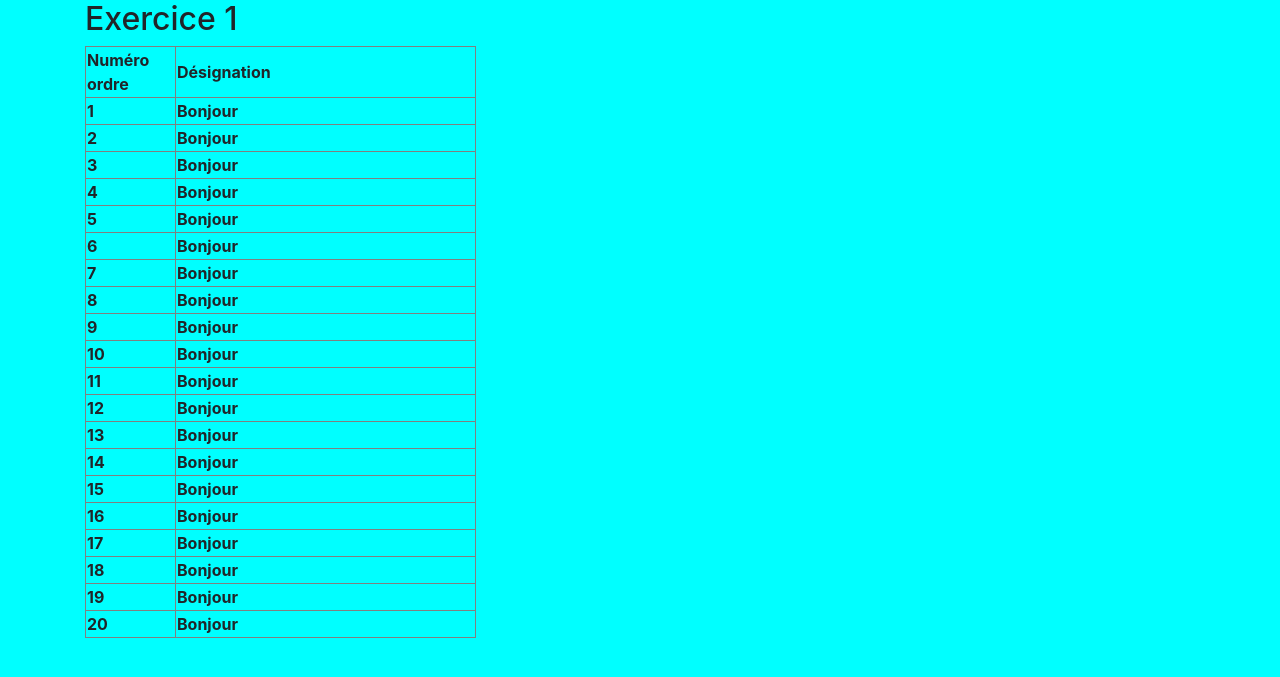
Repository: teddyruppin/GitFormateur
Page: http://localhost/JSP01/web/exercice1.jsp
An editor plug-in stored every save of this project. The page is shown before and after the next save, followed by the edit.
The browser window is 1280 px wide. The pictures show the whole page.
The page is served by Tomcat 9.

Above is the page before, as saved 2020-01-03 15:09:05.

After the next save:
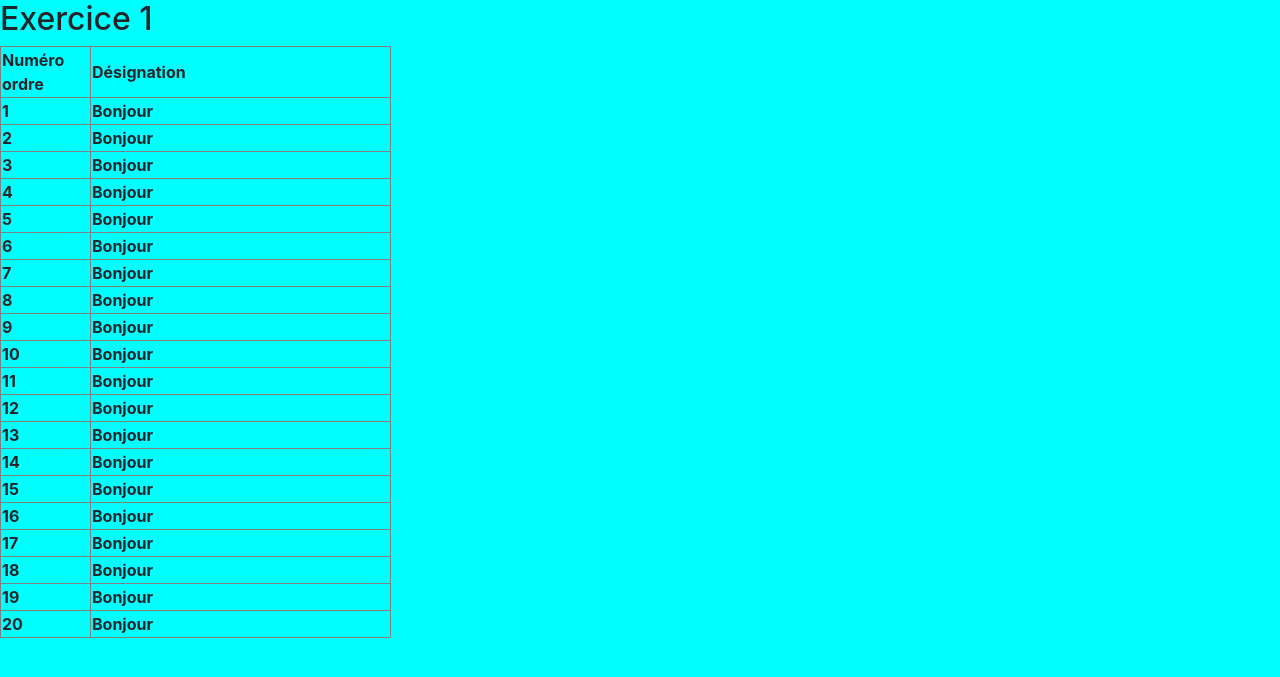
Saved 23 s later.
--- a/src/projpoo1/JSP01/WebContent/web/exercice1.jsp
+++ b/src/projpoo1/JSP01/WebContent/web/exercice1.jsp
@@ -13,7 +13,7 @@
 <body>
 
 
-	<div class="container">
+	<div >
 
 		<h2>Exercice 1</h2>
 
